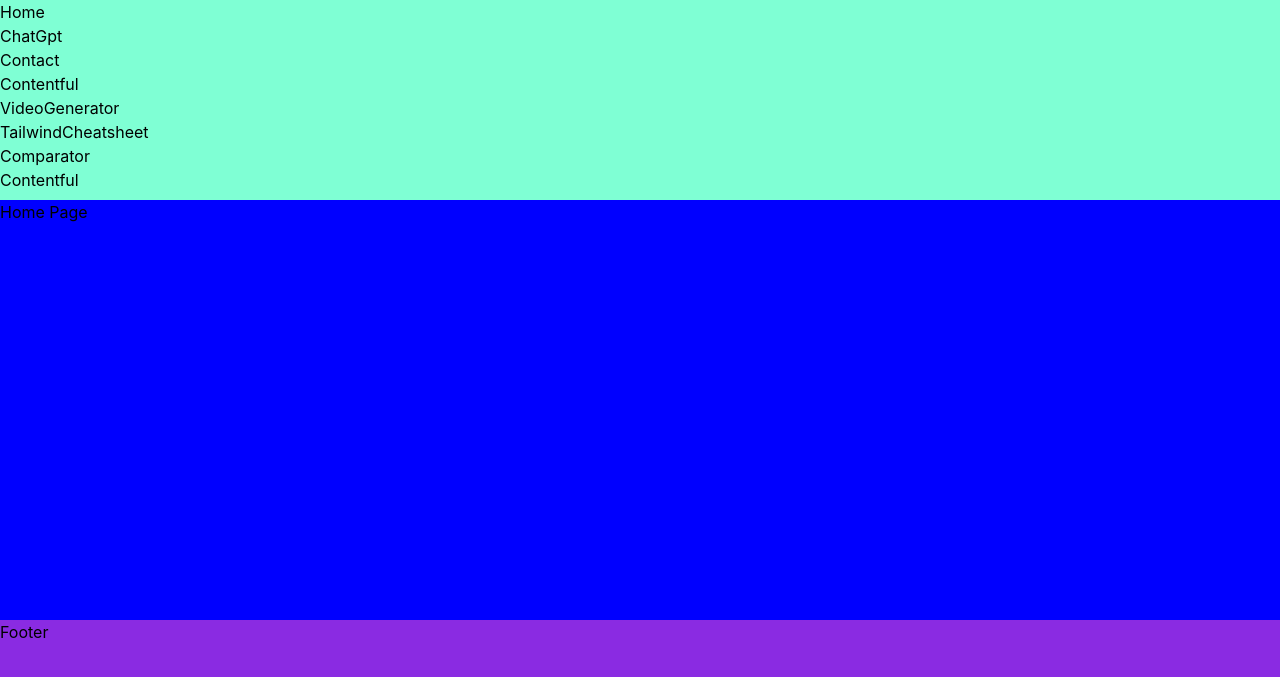
Repository: Coralee-Long/react-bits
Page: /
The author's editor kept a copy of each file at every save. The page is drawn from the files as they stood at one save, then again after the next save.
The browser window is 1280 px wide. The pictures show the whole page.
The project was rebuilt for these pictures with package versions that can differ from the ones it lists, and the page was loaded fresh each time. Also part of the build but not shown: src/pages/ContactPage.js, src/components/projects/TailwindCheatsheet/components/TailwindGrid.utils.js, src/components/projects/TailwindCheatsheet/components/TailwindGrid.js, src/components/projects/TailwindCheatsheet/data/tailwindData.js, src/components/navigation/SideNavBar.js, src/pages/TailwindCheatsheetPage.js, src/pages/VideoGeneratorPage.js, src/pages/ChatGptPage.js and 4 more.

Above is the page before, as saved 2024-02-09 16:33:39.

### src/index.css
@tailwind base;
@tailwind components;
@tailwind utilities;

html,
body {
  font-family: -apple-system, BlinkMacSystemFont, 'Segoe UI', 'Roboto', 'Oxygen',
    'Ubuntu', 'Cantarell', 'Fira Sans', 'Droid Sans', 'Helvetica Neue',
    sans-serif;
  -webkit-font-smoothing: antialiased;
  -moz-osx-font-smoothing: grayscale;
  height: 100%;
  width: 100%;
  margin: 0;
  padding: 0;
  overflow-x: hidden; /* Prevents horizontal scroll */
  box-sizing: border-box;
}

#root {
  height: 100%;
}

### src/App.js
import { BrowserRouter as Router } from 'react-router-dom';
import AppRoutes from './routes/AppRoutes';
import Header from './layout/Header/Header';
import Footer from './layout/Footer/Footer';
import './App.css';

const App = () => {
  return (
    <div className="app-container">
      <Header />
      <main>
        <Router>
          <AppRoutes />
        </Router>
      </main>
      <Footer />
    </div>
  );
};

export default App;

### src/routes/AppRoutes.js
import { Routes, Route } from 'react-router-dom';
import HomePage from '../pages/HomePage.js';
import ContactPage from '../pages/ContactPage';
import TaiwindCheatsheetPage from '../pages/TailwindCheatsheetPage.js';
import VideoGeneratorPage from '../pages/VideoGeneratorPage.js';
import ChatGptPage from '../pages/ChatGptPage.js';
import ComparatorPage from '../pages/ComparatorPage.js';
import ContentfulPage from '../pages/ContentfulPage.js';

const AppRoutes = () => {
  return (
    <Routes>
      <Route path="/" element={<HomePage />} />
      <Route path="/contact" element={<ContactPage />} />
      <Route path="/tailwind-cheatsheet" element={<TaiwindCheatsheetPage />} />
      <Route path="/video" element={<VideoGeneratorPage />} />
      <Route path="/chatgpt" element={<ChatGptPage />} />
      <Route path="/comparator" element={<ComparatorPage />} />
      <Route path="/contentful" element={<ContentfulPage />} />
    </Routes>
  );
};

export default AppRoutes;

### src/layout/Header/Header.js
import { Dropdown } from '../../components/commons/DropDown/Dropdown';

const Header = () => {
  return (
    <header>
      <Dropdown />
    </header>
  );
};
export default Header;

### src/layout/Footer/Footer.js
const Footer = () => {
  return (
    <footer>
      <h1>Footer</h1>
    </footer>
  );
};
export default Footer;

### src/App.css
.app-container {
  display: flex;
  flex-direction: column;
  min-height: 100vh;
  background-color: brown;
}

main {
  flex-grow: 1;
  width: 100%;
  background-color: blue;
}

header {
  background-color: aquamarine;
  height: 200px;
  width: 100%;
}

footer {
  background-color: blueviolet;
  height: 100px;
  width: 100%;
}

### src/pages/HomePage.js
const HomePage = () => {
  return (
    <>
      <h1>Home Page</h1>
    </>
  );
};
export default HomePage;

### src/components/commons/DropDown/Dropdown.js
import { Link } from 'react-router-dom';
import pages from '../../../utils/pagesRegistry';

export const Dropdown = () => {
  console.log(pages);
  return (
    <div className="dropdown">
      <ul>
        {pages.map((page) => (
          <li key={page.name}>
            {/* <Link to={page.path}>{page.name}</Link> */}
            <p>{page.name}</p>
          </li>
        ))}
      </ul>
    </div>
  );
};

### src/utils/pagesRegistry.js
const pages = [
  { name: 'Home', path: '/' },
  { name: 'ChatGpt', path: '/chatgpt' },
  { name: 'Contact', path: '/contact' },
  { name: 'Contentful', path: '/contentful' },
  { name: 'VideoGenerator', path: '/video' },
  { name: 'TailwindCheatsheet', path: '/tailwind-cheatsheet' },
  { name: 'Comparator', path: '/comparator' },
  { name: 'Contentful', path: '/contentful' },
];

export default pages;

### tailwind.config.js
/** @type {import('tailwindcss').Config} */
module.exports = {
  purge: ['./src/**/*.{js,jsx,ts,tsx}', './public/index.html'],
  darkMode: false, // or 'media' or 'class'
  theme: {
    extend: {
      boxShadow: {
        custom:
          'inset -4px -4px 6px -1px rgba(255, 255, 255, 1), inset 2px 2px 8px -1px rgba(72, 79, 96, 0.5)',
      },
    },
  },
  variants: {
    extend: {},
  },
  plugins: [],
};

Loaded but not shown: public/index.html (common file); src/index.js (common file); src/reportWebVitals.js (common file)

After the next save:
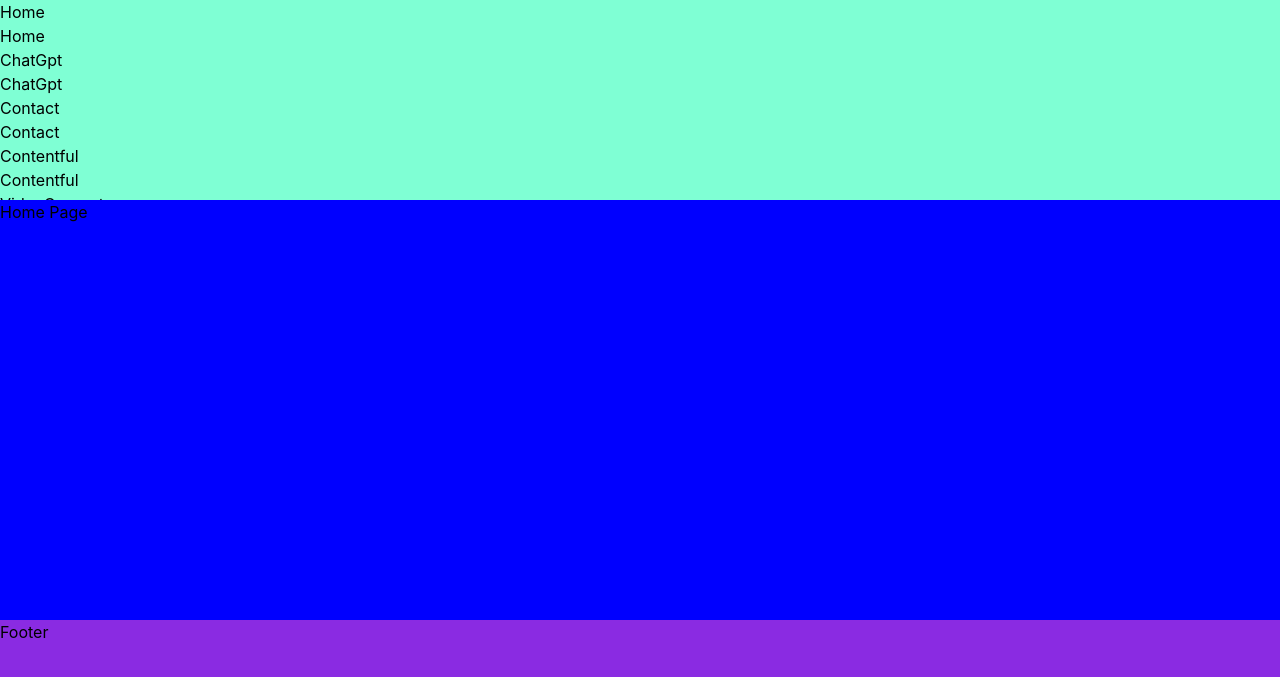
Saved 17 s later.
--- a/src/components/commons/DropDown/Dropdown.js
+++ b/src/components/commons/DropDown/Dropdown.js
@@ -10,6 +10,7 @@
           <li key={page.name}>
             {/* <Link to={page.path}>{page.name}</Link> */}
             <p>{page.name}</p>
+            <p>{page.name}</p>
           </li>
         ))}
       </ul>
